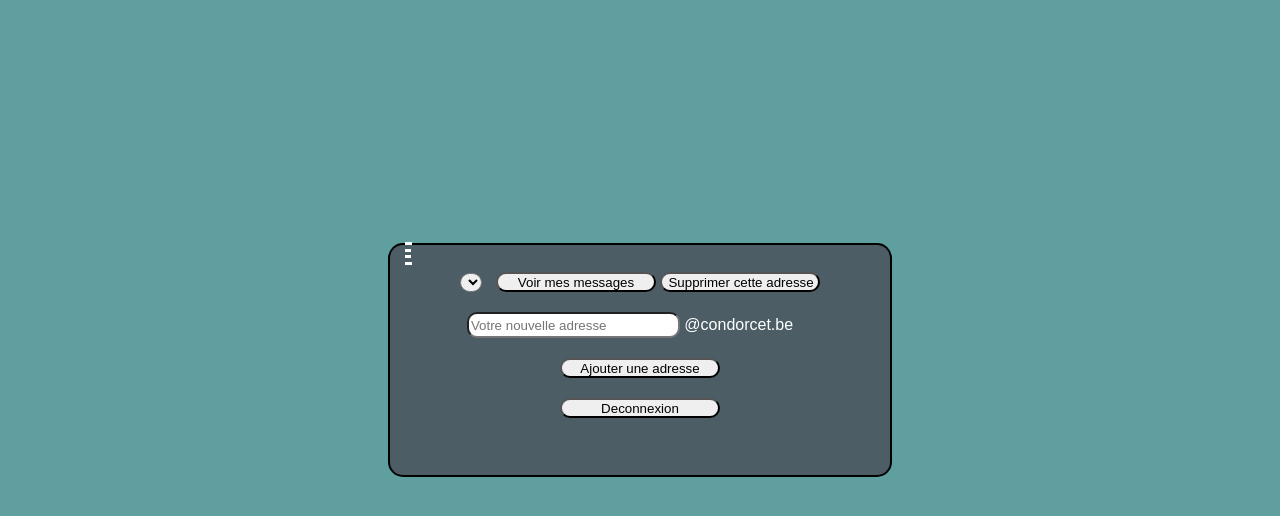
Repository: N1portekoi/JEE
Page: http://localhost/WebMail/JSP/AdressesIndesirables.jsp
The author's editor kept a copy of each file at every save. The page is drawn from the files as they stood at one save, then again after the next save.
The browser window is 1280 px wide. The pictures show the whole page.
The page is served by Tomcat 9.

Above is the page before, as saved 2017-01-12 17:11:41.

After the next save:
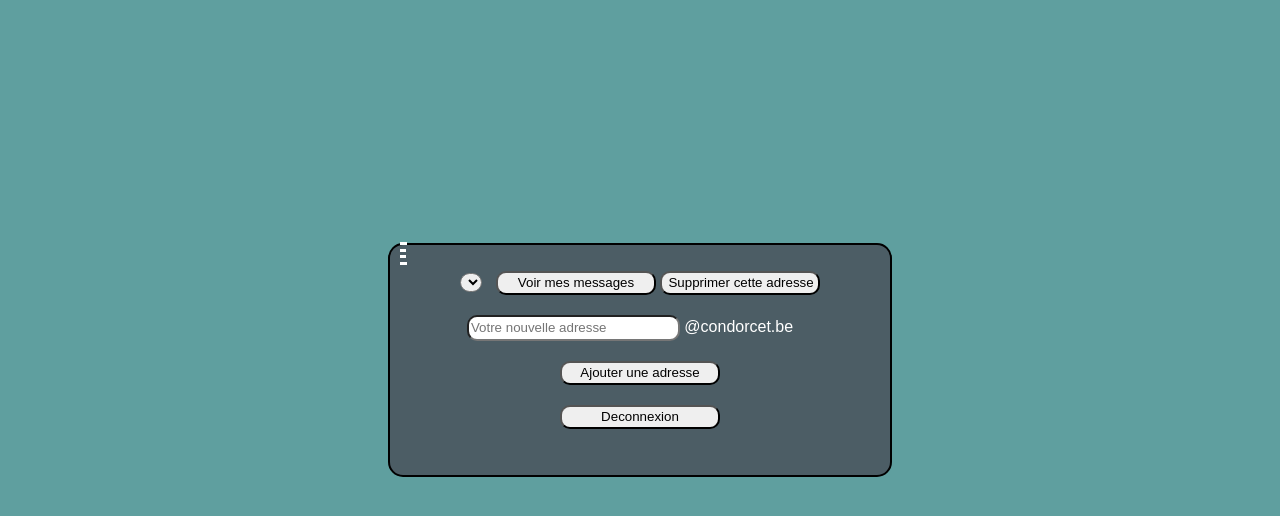
Saved 3 min 56 s later.
--- a/WebMail/WebContent/CSS/Adresses.css
+++ b/WebMail/WebContent/CSS/Adresses.css
@@ -40,10 +40,8 @@ p
 
 .utilisateur
 {
-  	font-size 22;
-  	font-family : cubic.ttf;
   	margin-top : 20px;
-  	margin-left : 15px;
+  	margin-left : 10px;
   	border : dotted;
 }
 
@@ -61,7 +59,7 @@ select
 
 input
 {
-	height : 20px;
+	height : 24px;
   	border-radius : 10px;
 	margin-bottom : 20px;
 }
